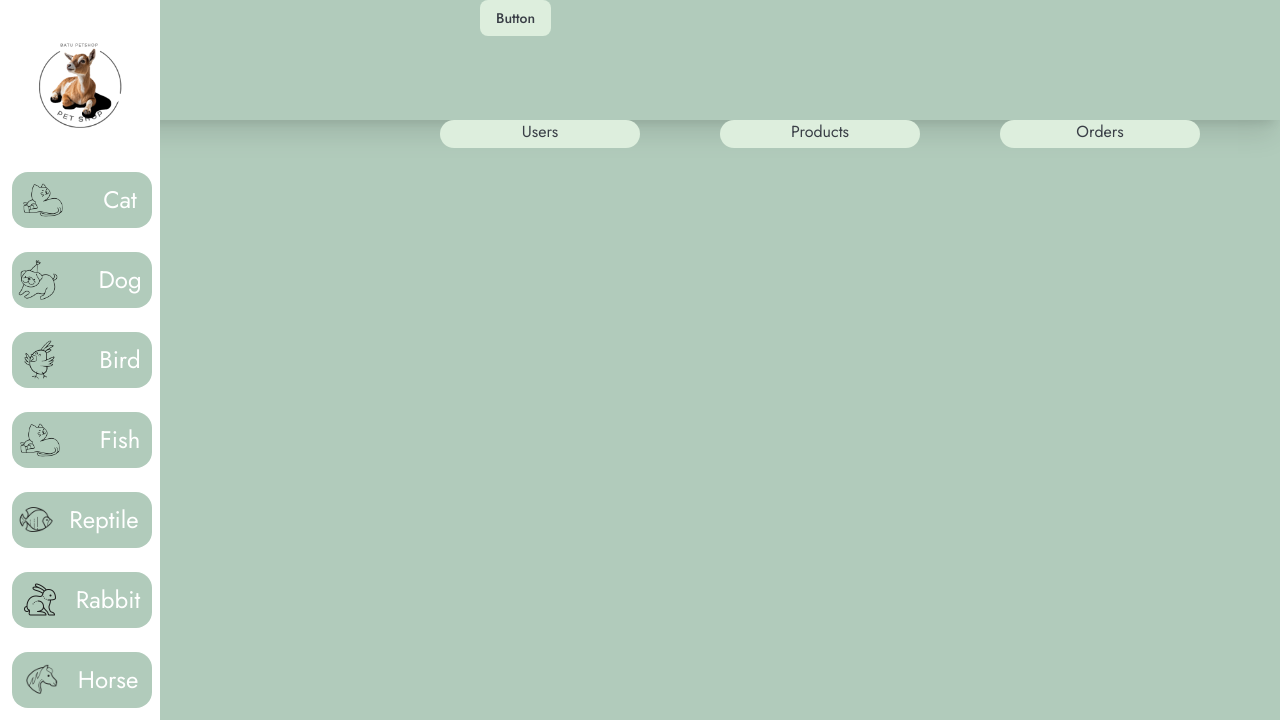
Repository: batu-call/batu-petshop
Page: /main (app in petshopp-appAdmin/admin/)
These files come from the project's save history. The page is drawn as it stood at one moment and after the next save; the edit follows.
The browser window is 1280 px wide. The pictures show the whole page.
The project was rebuilt for these pictures with package versions that can differ from the ones it lists, and the page was loaded fresh each time. The framework's server and built-in components were replaced by stand-ins that run in the browser. Also part of the build but not shown: petshopp-appAdmin/admin/next.config.ts.

Above is the page before, as saved 2025-09-20 00:27:47.

After the next save:
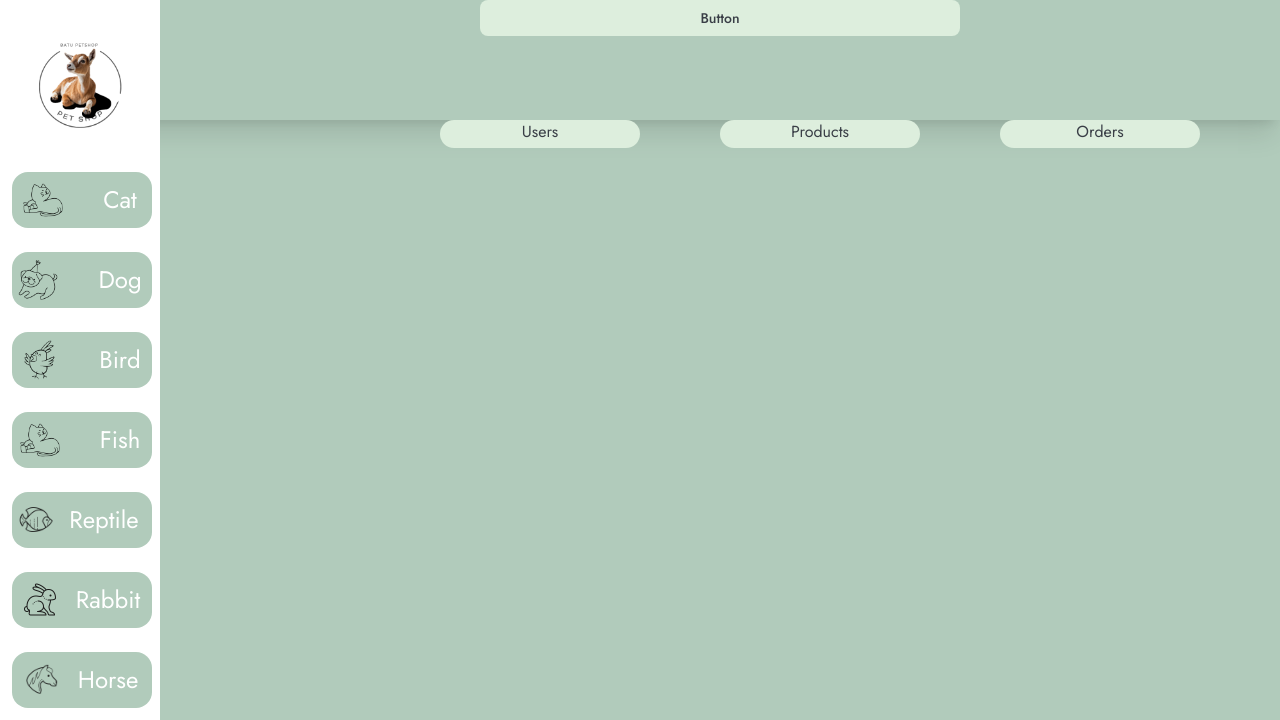
Saved 4 s later.
--- a/petshopp-appAdmin/admin/src/app/Navbar/page.tsx
+++ b/petshopp-appAdmin/admin/src/app/Navbar/page.tsx
@@ -19,7 +19,7 @@ const page = () => {
 
       {/* Button */}
       <div className='ml-120 w-120 h-120'>
-        <Button className='absolute cursor-pointer bg-secondary text-color'>Button</Button>
+        <Button className='absolute cursor-pointer bg-secondary text-color w-120'>Button</Button>
       </div>
 
       </div>
